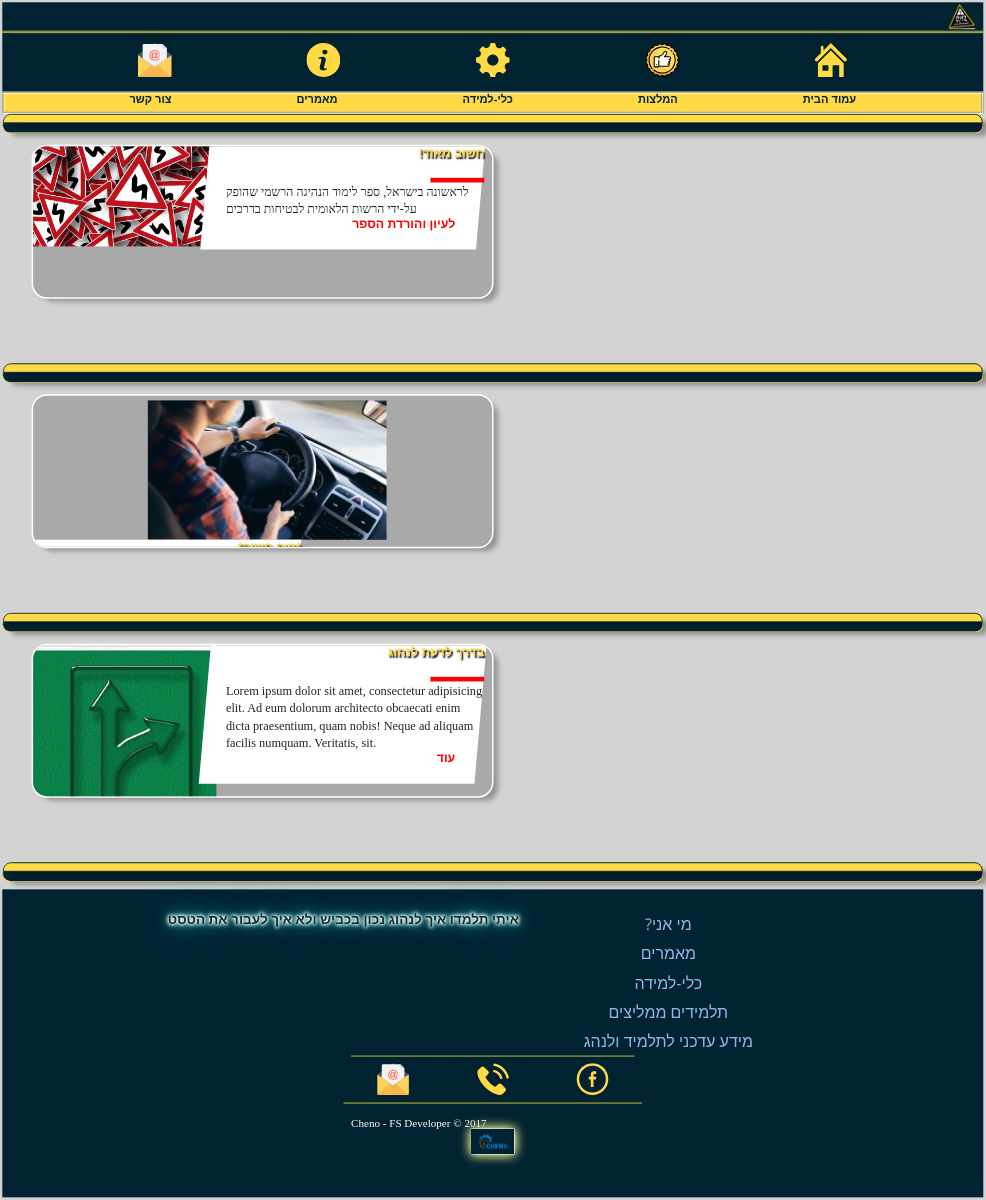
Repository: ChenGinsberg/BatyaLamed-site
Page: index.html
An editor plug-in stored every save of this project. The page is shown before and after the next save, followed by the edit.
The browser window is 1280 px wide. The pictures show the whole page, at 77% of full size.
Some web libraries are served in a nearby version.

Above is the page before, as saved 2017-11-28 10:12:55.

After the next save:
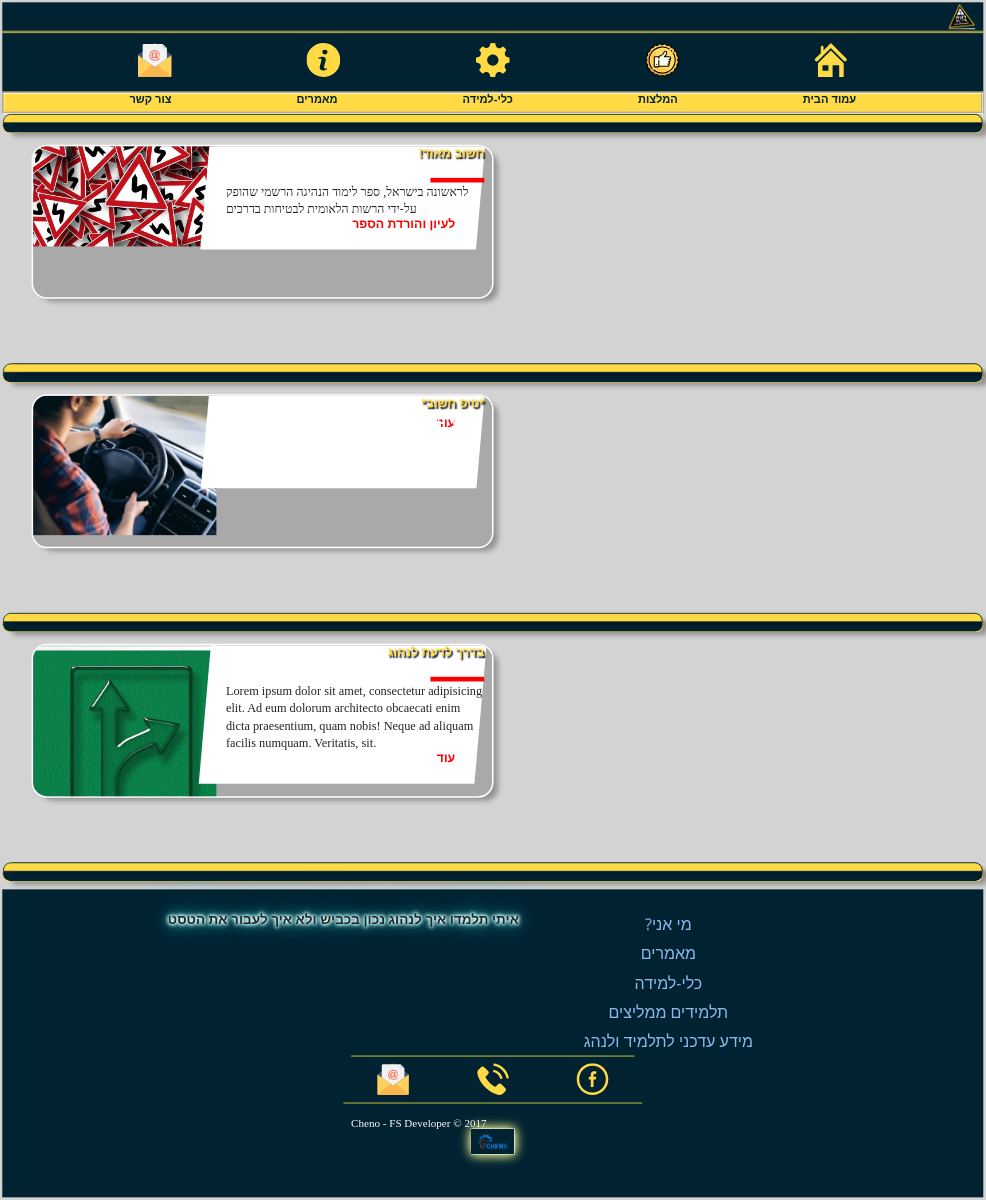
Saved 30 s later.
--- a/style/infoBox.css
+++ b/style/infoBox.css
@@ -41,14 +41,11 @@
 }
 
 .blog-card .photo.photo2 {
-    background: url("../image/IMG_3496bfree.jpg") center;
+    background: url(../image/IMG_3496bfree.jpg) center;
     background-size: cover;
     height: 181px;
-    width: 52%;
-    position: relative;
-    left: 25%;
+    position: relative;
     background-color: #012231;
-    margin-top: 6px;
 }
 
 .blog-card .photo.photo3 {
